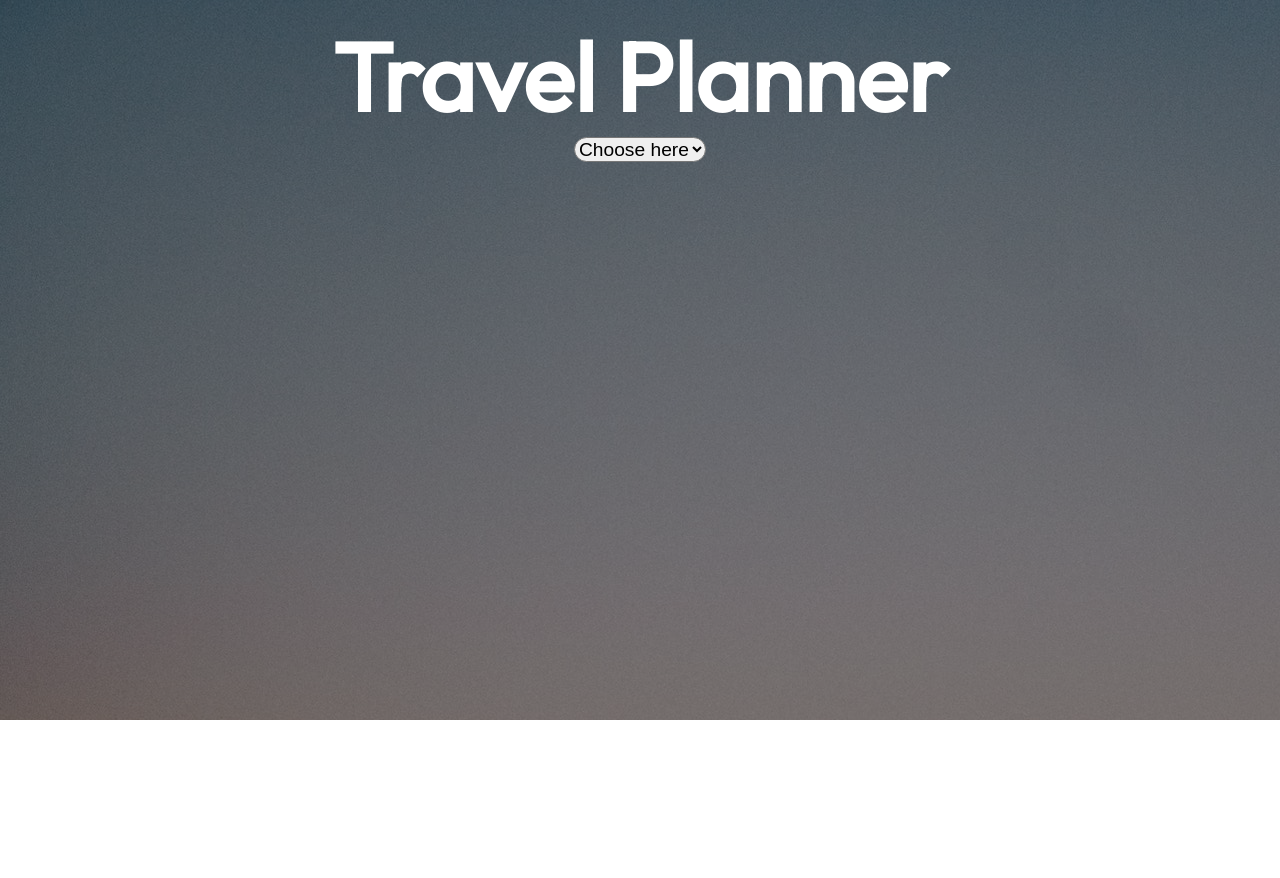
Repository: CPSC2720-LAB-GRP/Travel-Planner
Page: / (app in Travel Planner/client/)
The author's editor kept a copy of each file at every save. The page is drawn from the files as they stood at one save, then again after the next save.
The browser window is 1280 px wide. The pictures show the whole page.
The page's requests for data from a server got no answer. The project was rebuilt for these pictures with package versions that can differ from the ones it lists, and the page was loaded fresh each time. No one was signed in, and anything a server would have sent is missing.

Above is the page before, as saved 2022-08-01 15:53:31.

After the next save:
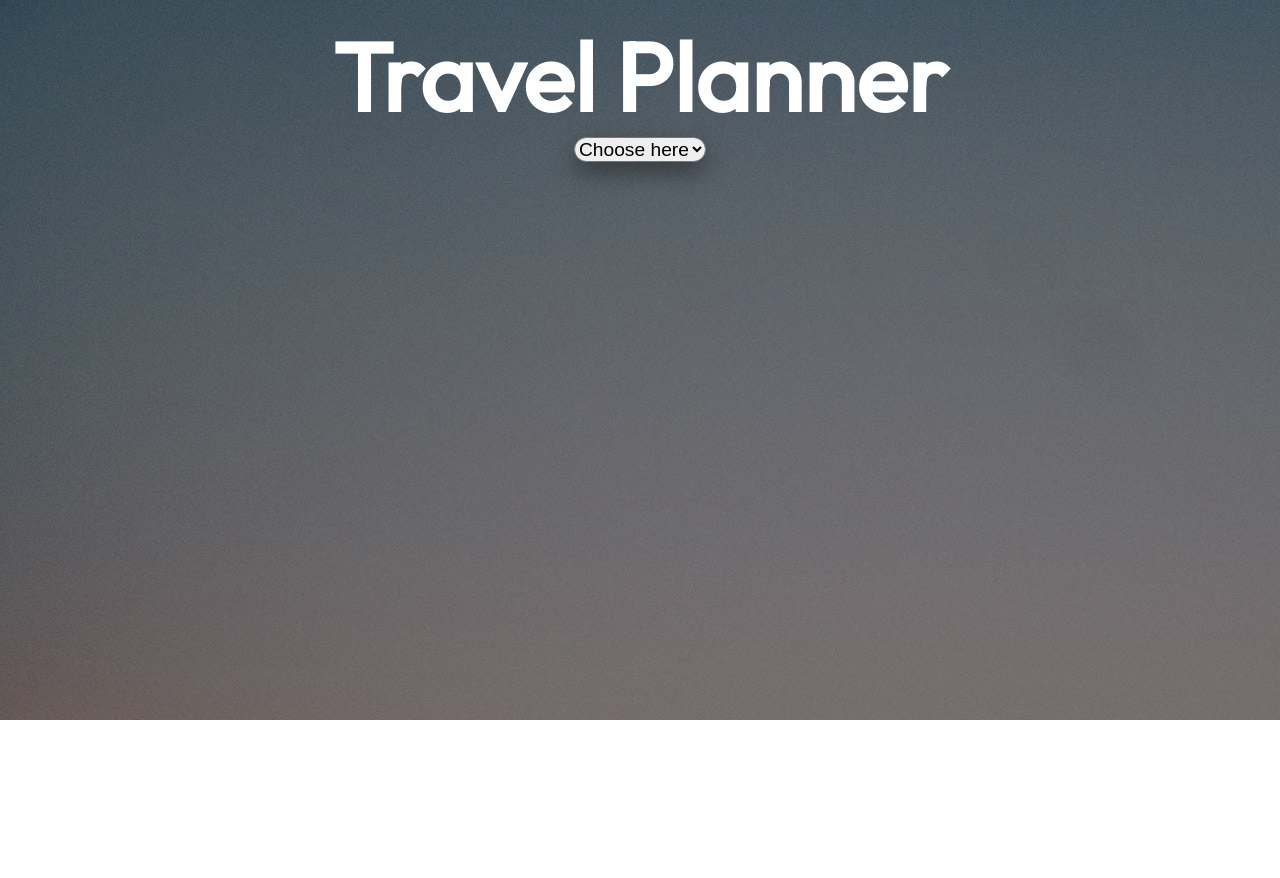
Saved 33 s later.
--- a/Travel Planner/client/src/index.css
+++ b/Travel Planner/client/src/index.css
@@ -56,6 +56,7 @@ h1 {
 }
 
 select {
+  box-shadow: 0 10px 25px rgba(0, 0, 0, 0.4);
   font-size: 1.2rem;
   border-radius: 25px;
 }
